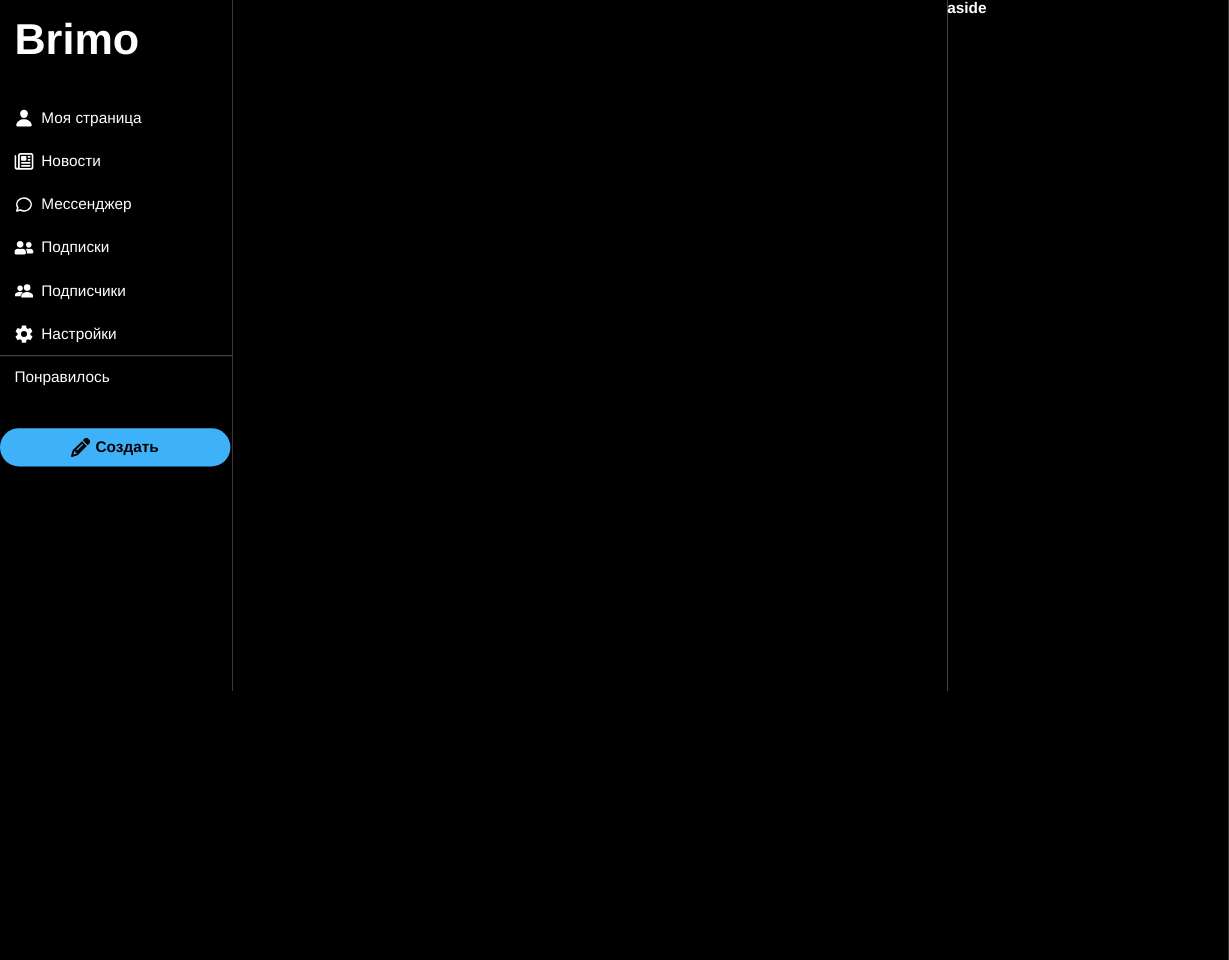
Repository: MaksimKrupkin/socialNetwork
Page: / (app in frontend/socialNetworkFrontend/)
An editor plug-in stored every save of this project. The page is shown before and after the next save, followed by the edit.
The browser window is 1280 px wide. The pictures show the whole page, at 96% of full size.
The project was rebuilt for these pictures with package versions that can differ from the ones it lists, and the page was loaded fresh each time. Also part of the build but not shown: frontend/socialNetworkFrontend/vite.config.js, frontend/socialNetworkFrontend/src/index.css.

Above is the page before, as saved 2024-11-27 20:45:47.

### frontend/socialNetworkFrontend/index.html
<!DOCTYPE html>
<html lang="en">
  <head>
    <meta charset="UTF-8" />
    <link rel="icon" type="image/svg+xml" href="/vite.svg" />
    <meta name="viewport" content="width=device-width, initial-scale=1.0" />
    <title>Brimo</title>
  </head>
  <body>
    <div id="root"></div>
    <script type="module" src="/src/main.jsx"></script>
  </body>
</html>

### frontend/socialNetworkFrontend/src/App.jsx
import './App.css';
import { Routes, Route } from 'react-router-dom';
import MainPage from './Pages/MainPage/MainPage';

function App() {
  return (
    <div>
      <Routes>
        <Route path="/" element={<MainPage />} />
      </Routes>
    </div>
  );
}

export default App;

### frontend/socialNetworkFrontend/src/Pages/MainPage/MainPage.jsx
import React from 'react';
import styles from './MainPage.module.scss';
import Navigation from '../../Components/Navigation/Navigation';
import Aside from '../../Components/Aside/Aside';

function MainPage() {
  return (
    <div className={styles.wrapper}>
      <Navigation />
      <Aside />
    </div>
  );
}
export default MainPage;

### frontend/socialNetworkFrontend/src/Pages/MainPage/MainPage.module.scss
.wrapper {
  margin: 0 auto;
  background-color: black;
  width: 100%;
  height: 1000px;
  color: white;
  font-weight: 700;
  font-family: 'Favorit Modern', 'Helvetica Neue', 'HelveticaNeue', Arial, Helvetica, sans-serif;
}

### frontend/socialNetworkFrontend/src/Components/Navigation/Navigation.jsx
import React from 'react';
import styles from './Navigation.module.scss';
import { FaRegNewspaper } from 'react-icons/fa6';
import { TbMessageCircle } from 'react-icons/tb';
import { IoPerson } from 'react-icons/io5';
import { FaUserFriends } from 'react-icons/fa';
import { IoPeopleSharp } from 'react-icons/io5';
import { IoSettingsSharp } from 'react-icons/io5';
import { FaPencil } from 'react-icons/fa6';

const Navigation = () => {
  return (
    <div className={styles.wrapper}>
      <header className={styles.header}>
        <div className={styles.logo}>Brimo</div>
      </header>
      <div className={styles.item}>
        <IoPerson fontSize={20} />
        <span className={styles.text}>Моя страница</span>
      </div>
      <div className={styles.item}>
        <FaRegNewspaper fontSize={20} />
        <span className={styles.text}>Новости</span>
      </div>
      <div className={styles.item}>
        <TbMessageCircle fontSize={20} />
        <span className={styles.text}>Мессенджер</span>
      </div>
      <div className={styles.item}>
        <FaUserFriends fontSize={20} />
        <span className={styles.text}>Подписки</span>
      </div>
      <div className={styles.item}>
        <IoPeopleSharp fontSize={20} />
        <span className={styles.text}>Подписчики</span>
      </div>
      <div className={styles.item}>
        <IoSettingsSharp fontSize={20} />
        <span className={styles.text}>Настройки</span>
      </div>
      <hr className={styles.line} />
      <div className={styles.item}>
        <span className={styles.text}>Понравилось</span>
      </div>
      <div className={styles.create_new}>
        <FaPencil style={{ color: 'black', fontSize: '20px' }} />
        <span className={styles.button_text}>Создать</span>
      </div>
    </div>
  );
};

export default Navigation;

### frontend/socialNetworkFrontend/src/Components/Aside/Aside.jsx
import React from 'react';
import styles from './Aside.module.scss';

function Aside() {
  return <div className={styles.wrapper}>aside</div>;
}

export default Aside;

### frontend/socialNetworkFrontend/src/Components/Navigation/Navigation.module.scss
.wrapper {
  width: 19%;
  height: 100vh;
  position: fixed;
  top: 0;
  left: 0;
  margin-top: 0px;
  overflow-y: hidden;
  border-right: 0.5px solid rgb(83, 83, 90);
}
.header {
  height: 100px;
  padding: 15px;
  .logo {
    font-size: 45px;
  }
}
.item {
  padding-left: 15px;
  height: 45px;
  display: flex;
  align-items: center;
  justify-content: flex-start;
  gap: 8px;
}
.text {
  font-size: 16px;
  font-weight: 300;
}
.item:hover {
  background-color: rgb(34, 34, 34);
}
.line {
  width: 100%;
  height: 0.5px;
  background-color: rgb(83, 83, 90);
  border: none;
}

.create_new {
  margin-top: 30px;
  width: 99%;
  height: 40px;
  background-color: rgb(63, 177, 248);
  border-radius: 25px;
  display: flex;
  justify-content: center;
  align-items: center;
  gap: 5px;
  .button_text {
    color: black;
  }
}
.create_new:hover {
  background-color: rgb(92, 189, 250);
  transition: all 0.1s ease-in;
}

### frontend/socialNetworkFrontend/src/Components/Aside/Aside.module.scss
.wrapper {
  position: fixed;
  width: 23%;
  height: 100%;
  right: 0;
  top: 0;
  border-left: 1px solid gray;
}

Loaded but not shown: frontend/socialNetworkFrontend/src/main.jsx (common file); frontend/socialNetworkFrontend/src/App.css (common file)

After the next save:
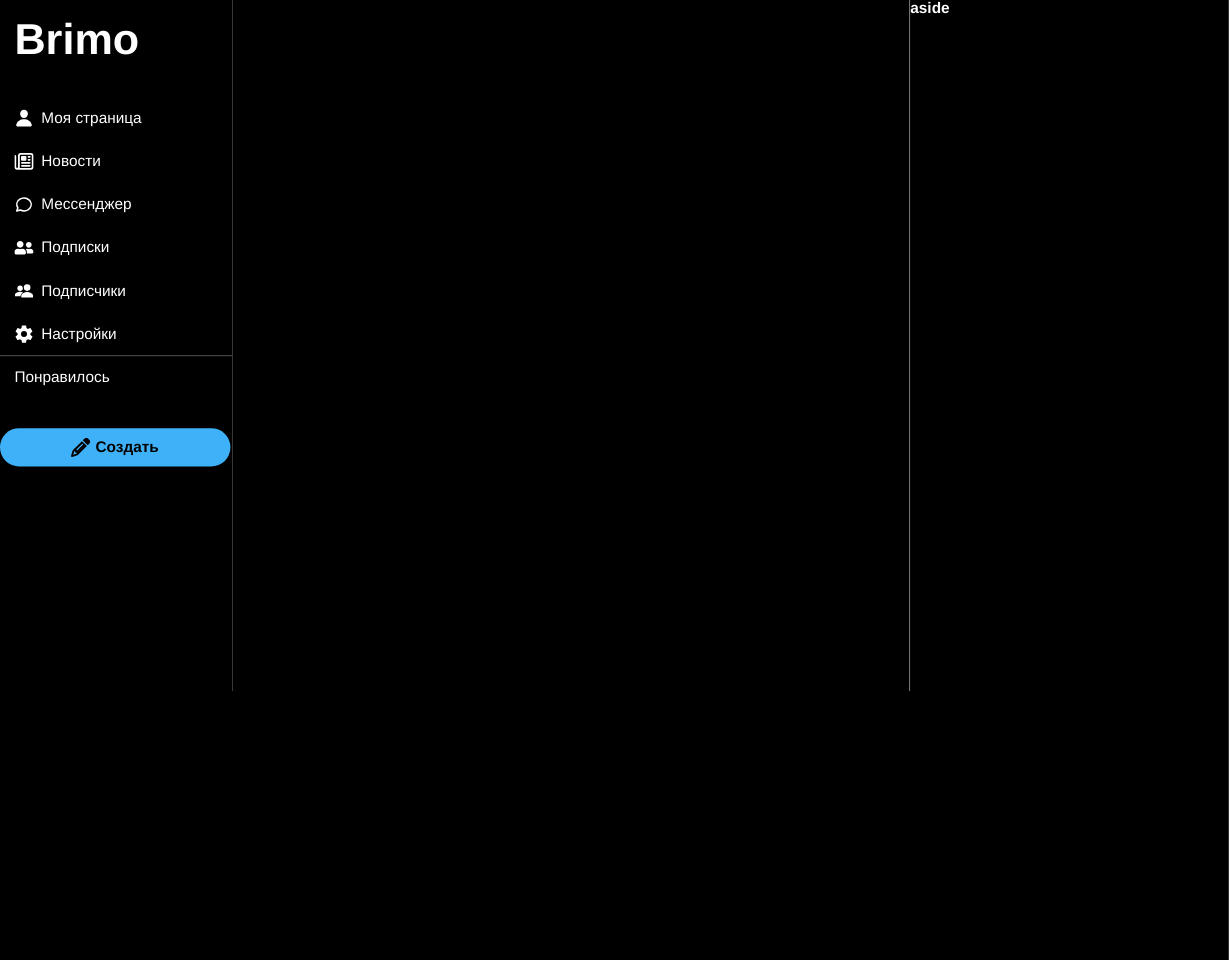
Saved 7 s later.
--- a/frontend/socialNetworkFrontend/src/Components/Aside/Aside.module.scss
+++ b/frontend/socialNetworkFrontend/src/Components/Aside/Aside.module.scss
@@ -1,6 +1,6 @@
 .wrapper {
   position: fixed;
-  width: 23%;
+  width: 26%;
   height: 100%;
   right: 0;
   top: 0;
